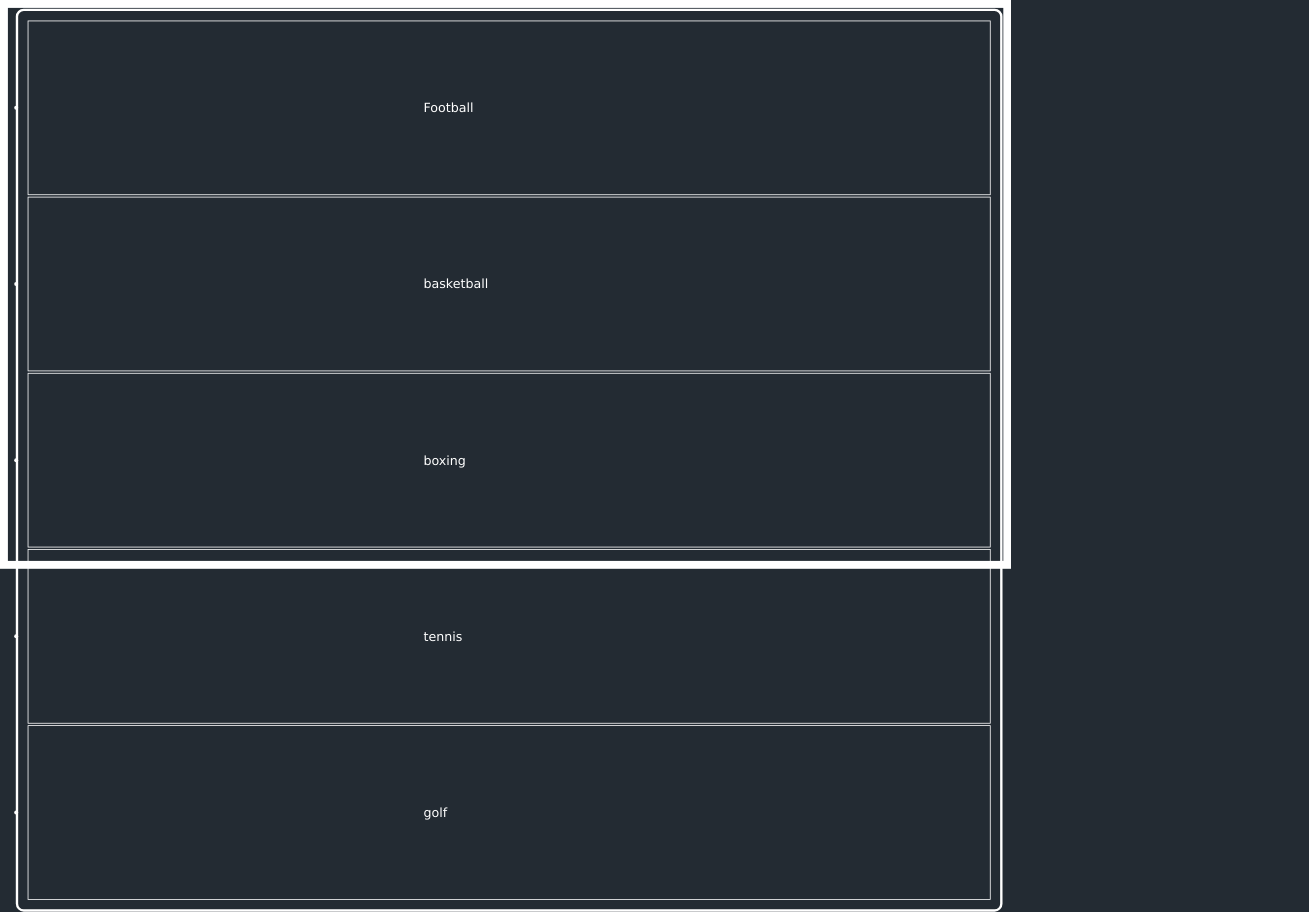
Repository: wakoya-tech/react-project
Page: Desktop/shaakala/aschu/index.html
The author's editor kept a copy of each file at every save. The page is drawn from the files as they stood at one save, then again after the next save.
The browser window is 1280 px wide. The page is 1280 px wide, then 1657 px, so the pictures cover 1657 px, including what lies to the right of the window. The pictures show the whole page, at 79% of full size.

Above is the page before, as saved 2025-08-29 20:40:34.

### Desktop/shaakala/aschu/index.html
<!DOCTYPE html>
<html lang="en">
<head>
    <meta charset="UTF-8">
    <meta name="viewport" content="width=device-width, initial-scale=1.0">
    <title>Document</title>
</head>
<style>
    *{
        box-sizing: border-box;
        margin: 0;
        padding: 0;
    }
    body {
        background-color: rgb(35, 43, 51);
      border: 10px solid white;
      margin: 0;
      padding: 0;
      height: 100vh;
    }
    .container{
        font-family: Verdana, Geneva, Tahoma, sans-serif;
        color: white;
        background: none;
        align-content: center;

        justify-content: center;

        border: 3px solid white;
        margin: 1px 1px 15px 10px;
        padding: 10px;
        border-radius: 10px;
    }

.list-items{
    border: 1px solid white;
     padding: 10px;
     margin: 2px;
    padding: 100px 500px 100px 500px;
}
</style>
<body>
    <div class="container">
        <ul class="lists">
            <li class="list-items">Football</li>
            <li class="list-items">basketball</li>
            <li class="list-items">boxing</li>
            <li class="list-items">tennis</li>
            <li class="list-items">golf</li>
        </ul>
    </div>
</body>
</html>

After the next save:
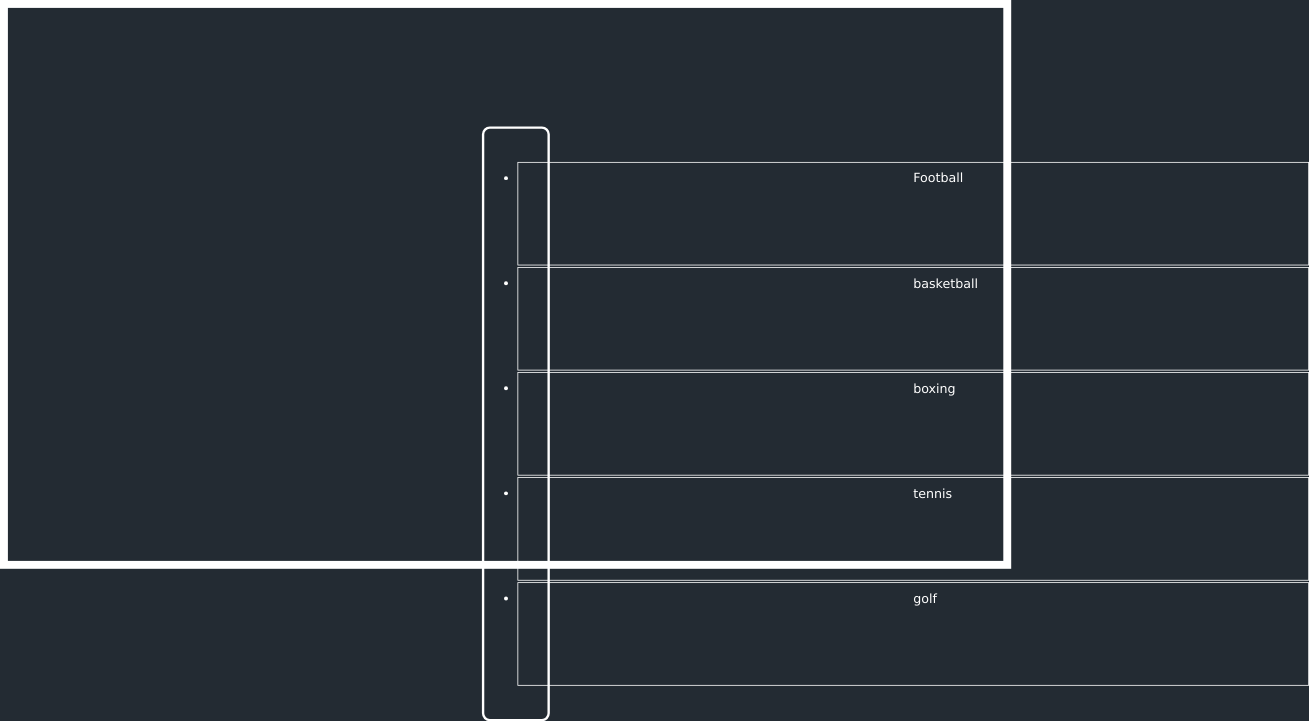
Saved 27 s later.
--- a/Desktop/shaakala/aschu/index.html
+++ b/Desktop/shaakala/aschu/index.html
@@ -23,20 +23,20 @@
         color: white;
         background: none;
         align-content: center;
-
+        text-align: center;
         justify-content: center;
 
         border: 3px solid white;
-        margin: 1px 1px 15px 10px;
-        padding: 10px;
+        margin: 150px 600px 150px 600px;
+        padding: 40px;
         border-radius: 10px;
     }
 
 .list-items{
-    border: 1px solid white;
+    border: 1px solid white;*/
      padding: 10px;
      margin: 2px;
-    padding: 100px 500px 100px 500px;
+    padding: 10px 500px 100px 500px;
 }
 </style>
 <body>
